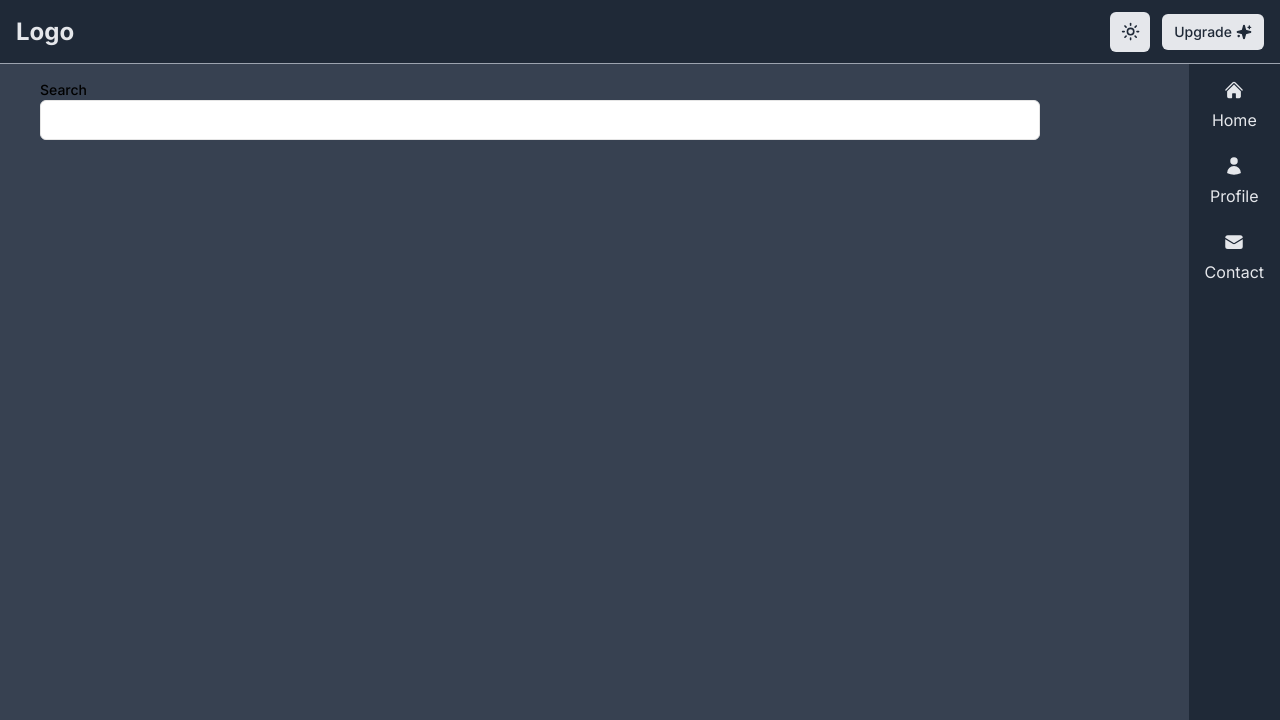
Repository: michalmilek/AI-companion-bot
Page: /
An editor plug-in stored every save of this project. The page is shown before and after the next save, followed by the edit.
The browser window is 1280 px wide. The pictures show the whole page.
The page's requests for data from a server got no answer. The project was rebuilt for these pictures with package versions that can differ from the ones it lists, and the page was loaded fresh each time. Some packages were replaced by stand-ins written for this rebuild. The framework's server and built-in components were replaced by stand-ins that run in the browser. No one was signed in, and anything a server would have sent is missing. Also part of the build but not shown: next.config.js.

Above is the page before, as saved 2023-10-10 18:35:16.

### app/layout.tsx
import { ClerkProvider } from "@clerk/nextjs";
import "./globals.css";
import type { Metadata } from "next";
import { Inter } from "next/font/google";
import { ThemeProvider } from "@/components/theme-provider";

const inter = Inter({ subsets: ["latin"] });

export const metadata: Metadata = {
  title: "Create Next App",
  description: "Generated by create next app",
};

export default function RootLayout({
  children,
}: {
  children: React.ReactNode;
}) {
  return (
    <ClerkProvider>
      <html lang="en">
        <body className={inter.className}>
          <ThemeProvider
            attribute="class"
            defaultTheme="light"
            enableSystem
            disableTransitionOnChange>
            {children}
          </ThemeProvider>
        </body>
      </html>
    </ClerkProvider>
  );
}

### app/(root)/layout.tsx
"use client";

import MobileSidebar from "@/components/MobileSidebar";
import Navbar from "@/components/Navbar";
import clsx from "clsx";
import { useTheme } from "next-themes";
import React, { useEffect } from "react";
import useStore from "../hooks/useStore";
import { useMediaQuery } from "react-responsive";
import { AnimatePresence } from "framer-motion";
import Sidebar from "@/components/Sidebar";

const RootLayout = ({ children }: { children: React.ReactNode }) => {
  const { theme } = useTheme();
  const isTabletOrLarger = useMediaQuery({
    query: "(min-width: 768px)",
  });
  const { setIsMobileMenuOpen } = useStore();

  useEffect(() => {
    if (isTabletOrLarger) {
      setIsMobileMenuOpen(false);
    }
  }, [isTabletOrLarger, setIsMobileMenuOpen]);

  return (
    <div
      className={`h-screen ${clsx(
        (theme === "dark" || "system") && "bg-gray-700",
        theme === "light" && "bg-gray-400"
      )} `}>
      <Navbar />
      <MobileSidebar />
      <Sidebar />
      <main className="px-10 md:pr-60 pt-20 pb-2 h-full">{children}</main>
    </div>
  );
};

export default RootLayout;

### app/(root)/(routes)/page.tsx
import { SearchInput } from "@/components/ui/search-input";
import { UserButton } from "@clerk/nextjs";
import React from "react";

const RootPage = () => {
  return (
    <div>
      <SearchInput label="Search" />
    </div>
  );
};

export default RootPage;

### app/globals.css
@tailwind base;
@tailwind components;
@tailwind utilities;

@layer base {
  :root {
    --background: 0 0% 100%;
    --foreground: 0 0% 3.9%;

    --card: 0 0% 100%;
    --card-foreground: 0 0% 3.9%;

    --popover: 0 0% 100%;
    --popover-foreground: 0 0% 3.9%;

    --primary: 0 0% 9%;
    --primary-foreground: 0 0% 98%;

    --secondary: 0 0% 96.1%;
    --secondary-foreground: 0 0% 9%;

    --muted: 0 0% 96.1%;
    --muted-foreground: 0 0% 45.1%;

    --accent: 0 0% 96.1%;
    --accent-foreground: 0 0% 9%;

    --destructive: 0 84.2% 60.2%;
    --destructive-foreground: 0 0% 98%;

    --border: 0 0% 89.8%;
    --input: 0 0% 89.8%;
    --ring: 0 0% 3.9%;

    --radius: 0.5rem;
  }

  .dark {
    --background: 0 0% 3.9%;
    --foreground: 0 0% 98%;

    --card: 0 0% 3.9%;
    --card-foreground: 0 0% 98%;

    --popover: 0 0% 3.9%;
    --popover-foreground: 0 0% 98%;

    --primary: 0 0% 98%;
    --primary-foreground: 0 0% 9%;

    --secondary: 0 0% 14.9%;
    --secondary-foreground: 0 0% 98%;

    --muted: 0 0% 14.9%;
    --muted-foreground: 0 0% 63.9%;

    --accent: 0 0% 14.9%;
    --accent-foreground: 0 0% 98%;

    --destructive: 0 62.8% 30.6%;
    --destructive-foreground: 0 0% 98%;

    --border: 0 0% 14.9%;
    --input: 0 0% 14.9%;
    --ring: 0 0% 83.1%;
  }
}

@layer base {
  * {
    @apply border-border;
  }
  body {
    @apply bg-background text-foreground;
  }
}

*{
  box-sizing: border-box;
  padding: 0;
  margin: 0;
}

### components/MobileSidebar.tsx
"use client";

import React from "react";
import { AnimatePresence, motion } from "framer-motion";
import { useTheme } from "next-themes";
import clsx from "clsx";
import { Theme, getThemeBackground } from "@/app/utils/helpers";
import { Button } from "./ui/button";
import { HomeIcon, UserIcon, EnvelopeIcon } from "@heroicons/react/24/solid";
import Link from "next/link";
import useStore from "@/app/hooks/useStore";
import { useMediaQuery } from "react-responsive";

const MobileSidebar = () => {
  const { theme } = useTheme();
  const isTabletOrLarger = useMediaQuery({
    query: "(min-width: 768px)",
  });

  const isMobileOrLarger = useMediaQuery({
    query: "(min-width: 550px)",
  });
  const { isMobileMenuOpen } = useStore();
  return (
    <AnimatePresence mode="wait">
      {isMobileMenuOpen && !isTabletOrLarger && (
        <motion.aside
          className={`h-full py-2 fixed bottom-0 top-16 right-0 ${getThemeBackground(
            theme as Theme
          )}`}
          initial={{ x: "100%" }}
          animate={{ x: 0 }}
          transition={{ type: "tween", duration: 0.3 }}
          exit={{ x: "100%" }}>
          <ul className="flex flex-col gap-2">
            <li>
              <Link
                className={`flex flex-col items-center gap-2 py-2 ${
                  theme === "light" ? "hover:bg-gray-700" : "hover:bg-gray-500"
                } transition-none`}
                href="/">
                <HomeIcon className="h-5 w-5" />
                {isMobileOrLarger && <span>Home</span>}
              </Link>
            </li>
            <li>
              <Link
                className="flex flex-col items-center gap-2 py-2 px-4 hover:bg-gray-700"
                href="/profile">
                <UserIcon className="h-5 w-5" />
                <span>Profile</span>
              </Link>
            </li>
            <li>
              <Link
                className="flex flex-col items-center gap-2 py-2 px-4 hover:bg-gray-700"
                href="/contact">
                <EnvelopeIcon className="h-5 w-5" />
                <span>Contact</span>
              </Link>
            </li>
          </ul>
        </motion.aside>
      )}
    </AnimatePresence>
  );
};
export default MobileSidebar;

### components/Navbar.tsx
"use client";

import React, { useEffect, useState } from "react";
import { UserButton } from "@clerk/nextjs";
import { Button } from "./ui/button";
import { Sparkles } from "lucide-react";
import { ThemeToggle } from "./theme-toggle";
import { useTheme } from "next-themes";
import clsx from "clsx";
import { Theme, getThemeBackground, getThemeColor } from "@/app/utils/helpers";
import { useMediaQuery } from "react-responsive";
import { Bars3Icon } from "@heroicons/react/24/solid";
import useStore from "@/app/hooks/useStore";

const Navbar = () => {
  const { theme } = useTheme();
  const isTabletOrLarger = useMediaQuery({
    query: "(min-width: 768px)",
  });
  const { isMobileMenuOpen, setIsMobileMenuOpen } = useStore();

  return (
    <nav
      className={`${getThemeBackground(
        theme as Theme
      )} h-16 flex justify-between items-center px-4 fixed top-0 left-0 right-0 z-50 border-b-gray-400 border-b`}>
      <a
        href="#"
        className="text-2xl font-bold">
        Logo
      </a>
      <div className="flex items-center gap-3">
        <ThemeToggle />
        <Button
          size="sm"
          variant={getThemeColor(theme as Theme)}>
          Upgrade
          <Sparkles
            className={`${
              theme === "light"
                ? "text-gray-800 fill-gray-800"
                : "text-gray-200 fill-gray-200"
            }  h-4 w-4`}
          />
        </Button>

        <UserButton />
        {!isTabletOrLarger && (
          <Button
            size="icon"
            onClick={() => setIsMobileMenuOpen(!isMobileMenuOpen)}
            variant={getThemeColor(theme as Theme)}>
            <Bars3Icon
              className={`${
                theme === "light"
                  ? "text-gray-800 fill-gray-800"
                  : "text-gray-200 fill-gray-200"
              } p-2`}
            />
          </Button>
        )}
      </div>
    </nav>
  );
};

export default Navbar;

### app/hooks/useStore.ts
import { create } from "zustand";

interface State {
  isMobileMenuOpen: boolean;
  setIsMobileMenuOpen: (isOpen: boolean) => void;
}

const useStore = create<State>((set) => ({
  isMobileMenuOpen: false,
  setIsMobileMenuOpen: (isOpen) => set({ isMobileMenuOpen: isOpen }),
}));

export default useStore;

### components/Sidebar.tsx
import React from "react";
import { AnimatePresence, motion } from "framer-motion";
import { useTheme } from "next-themes";
import clsx from "clsx";
import { Theme, getThemeBackground } from "@/app/utils/helpers";
import { Button } from "./ui/button";
import { HomeIcon, UserIcon, EnvelopeIcon } from "@heroicons/react/24/solid";
import Link from "next/link";
import { useMediaQuery } from "react-responsive";

const Sidebar = () => {
  const { theme } = useTheme();
  const isTabletOrLarger = useMediaQuery({
    query: "(min-width: 768px)",
  });

  return (
    <AnimatePresence>
      {isTabletOrLarger && (
        <motion.aside
          key={"sidebar"}
          className={`h-full py-2 fixed bottom-0 top-16 right-0 ${getThemeBackground(
            theme as Theme
          )}`}
          initial={{ x: "100%" }}
          animate={{ x: 0 }}
          exit={{ x: "100%" }}
          transition={{ type: "tween", duration: 0.3 }}>
          <ul className="flex flex-col gap-2">
            <li>
              <Link
                className={`flex flex-col items-center gap-2 py-2 ${
                  theme === "light" ? "hover:bg-gray-700" : "hover:bg-gray-500"
                } transition-none`}
                href="/">
                <HomeIcon className="h-5 w-5" />
                <span>Home</span>
              </Link>
            </li>
            <li>
              <Link
                className="flex flex-col items-center gap-2 py-2 px-4 hover:bg-gray-700"
                href="/profile">
                <UserIcon className="h-5 w-5" />
                <span>Profile</span>
              </Link>
            </li>
            <li>
              <Link
                className="flex flex-col items-center gap-2 py-2 px-4 hover:bg-gray-700"
                href="/contact">
                <EnvelopeIcon className="h-5 w-5" />
                <span>Contact</span>
              </Link>
            </li>
          </ul>
        </motion.aside>
      )}
    </AnimatePresence>
  );
};

export default Sidebar;

### components/ui/search-input.tsx
"use client";

import * as React from "react";

import { cn } from "@/lib/utils";
import { useTheme } from "next-themes";
import { Theme, getInputColor } from "@/app/utils/helpers";

export interface InputProps
  extends React.InputHTMLAttributes<HTMLInputElement> {
  label?: string;
  error?: string;
}

const SearchInput = React.forwardRef<HTMLInputElement, InputProps>(
  ({ className, type, label, error, ...props }, ref) => {
    const { theme } = useTheme();

    return (
      <div className="flex flex-col">
        {label && (
          <label
            className={`text-sm font-medium ${getInputColor(theme as Theme)}`}>
            {label}
          </label>
        )}
        <input
          type={type}
          className={cn(
            "flex h-10 w-full rounded-md border border-input bg-white px-3 py-2 text-sm ring-offset-background file:border-0 file:bg-transparent file:text-sm file:font-medium placeholder:text-muted-foreground focus-visible:outline-none focus-visible:ring-2 focus-visible:ring-ring focus-visible:ring-offset-2 disabled:cursor-not-allowed disabled:opacity-50 text-black",
            className
          )}
          ref={ref}
          {...props}
        />
        {error && <span className="text-sm text-red-500">{error}</span>}
      </div>
    );
  }
);
SearchInput.displayName = "Input";

export { SearchInput };

### app/utils/helpers.ts
import clsx from "clsx";

export type Theme = "dark" | "system" | "light";

export function getThemeColor(theme: Theme) {
  if (theme === "dark" || theme === "system") {
    return "dark";
  } else {
    return "gray";
  }
}

export const getThemeBackground = (theme: Theme) => {
  return clsx(
    (theme === "dark" || theme === "system") && "bg-gray-200 text-gray-800",
    theme === "light" && "bg-gray-800 text-gray-200"
  );
};

export const getInputColor = (theme: Theme) => {
  return clsx(
    (theme === "dark" || theme === "system") && "text-white",
    theme === "light" && "text-black"
  );
};

### components/ui/button.tsx
import * as React from "react";
import { Slot } from "@radix-ui/react-slot";
import { cva, type VariantProps } from "class-variance-authority";

import { cn } from "@/lib/utils";

const buttonVariants = cva(
  "inline-flex items-center justify-center rounded-md text-sm font-medium ring-offset-background transition-colors focus-visible:outline-none focus-visible:ring-2 focus-visible:ring-ring focus-visible:ring-offset-2 disabled:pointer-events-none disabled:opacity-50",
  {
    variants: {
      variant: {
        default: "bg-primary text-primary-foreground hover:bg-primary/90",
        destructive:
          "bg-destructive text-destructive-foreground hover:bg-destructive/90",
        outline:
          "border border-input bg-background hover:bg-accent hover:text-accent-foreground",
        secondary:
          "bg-secondary text-secondary-foreground hover:bg-secondary/80",
        ghost: "hover:bg-accent hover:text-accent-foreground",
        link: "text-primary underline-offset-4 hover:underline",
        gray: "bg-gray-200 text-gray-800 flex items-center gap-1 hover:bg-gray-300 transition-all",
        dark: "bg-gray-800 text-gray-200 flex items-center gap-1 hover:bg-gray-600 transition-all",
      },
      size: {
        default: "h-10 px-4 py-2",
        sm: "h-9 rounded-md px-3",
        lg: "h-11 rounded-md px-8",
        icon: "h-10 w-10",
      },
    },
    defaultVariants: {
      variant: "default",
      size: "default",
    },
  }
);

export interface ButtonProps
  extends React.ButtonHTMLAttributes<HTMLButtonElement>,
    VariantProps<typeof buttonVariants> {
  asChild?: boolean;
}

const Button = React.forwardRef<HTMLButtonElement, ButtonProps>(
  ({ className, variant, size, asChild = false, ...props }, ref) => {
    const Comp = asChild ? Slot : "button";
    return (
      <Comp
        className={cn(buttonVariants({ variant, size, className }))}
        ref={ref}
        {...props}
      />
    );
  }
);
Button.displayName = "Button";

export { Button, buttonVariants };

### components/theme-toggle.tsx
"use client";

import * as React from "react";
import { Moon, Sun } from "lucide-react";
import { useTheme } from "next-themes";

import { Button } from "@/components/ui/button";
import {
  DropdownMenu,
  DropdownMenuContent,
  DropdownMenuItem,
  DropdownMenuTrigger,
} from "@/components/ui/dropdown-menu";
import { Theme, getThemeColor } from "@/app/utils/helpers";

export function ThemeToggle() {
  const { theme, setTheme } = useTheme();

  return (
    <DropdownMenu>
      <DropdownMenuTrigger asChild>
        <Button
          variant={getThemeColor(theme as Theme)}
          size="icon">
          <Sun className="h-[1.2rem] w-[1.2rem] rotate-0 scale-100 transition-all dark:-rotate-90 dark:scale-0" />
          <Moon className="absolute h-[1.2rem] w-[1.2rem] rotate-90 scale-0 transition-all dark:rotate-0 dark:scale-100" />
          <span className="sr-only">Toggle theme</span>
        </Button>
      </DropdownMenuTrigger>
      <DropdownMenuContent align="end">
        <DropdownMenuItem onClick={() => setTheme("light")}>
          Light
        </DropdownMenuItem>
        <DropdownMenuItem onClick={() => setTheme("dark")}>
          Dark
        </DropdownMenuItem>
        <DropdownMenuItem onClick={() => setTheme("system")}>
          System
        </DropdownMenuItem>
      </DropdownMenuContent>
    </DropdownMenu>
  );
}

### components/ui/dropdown-menu.tsx
"use client"

import * as React from "react"
import * as DropdownMenuPrimitive from "@radix-ui/react-dropdown-menu"
import { Check, ChevronRight, Circle } from "lucide-react"

import { cn } from "@/lib/utils"

const DropdownMenu = DropdownMenuPrimitive.Root

const DropdownMenuTrigger = DropdownMenuPrimitive.Trigger

const DropdownMenuGroup = DropdownMenuPrimitive.Group

const DropdownMenuPortal = DropdownMenuPrimitive.Portal

const DropdownMenuSub = DropdownMenuPrimitive.Sub

const DropdownMenuRadioGroup = DropdownMenuPrimitive.RadioGroup

const DropdownMenuSubTrigger = React.forwardRef<
  React.ElementRef<typeof DropdownMenuPrimitive.SubTrigger>,
  React.ComponentPropsWithoutRef<typeof DropdownMenuPrimitive.SubTrigger> & {
    inset?: boolean
  }
>(({ className, inset, children, ...props }, ref) => (
  <DropdownMenuPrimitive.SubTrigger
    ref={ref}
    className={cn(
      "flex cursor-default select-none items-center rounded-sm px-2 py-1.5 text-sm outline-none focus:bg-accent data-[state=open]:bg-accent",
      inset && "pl-8",
      className
    )}
    {...props}
  >
    {children}
    <ChevronRight className="ml-auto h-4 w-4" />
  </DropdownMenuPrimitive.SubTrigger>
))
DropdownMenuSubTrigger.displayName =
  DropdownMenuPrimitive.SubTrigger.displayName

const DropdownMenuSubContent = React.forwardRef<
  React.ElementRef<typeof DropdownMenuPrimitive.SubContent>,
  React.ComponentPropsWithoutRef<typeof DropdownMenuPrimitive.SubContent>
>(({ className, ...props }, ref) => (
  <DropdownMenuPrimitive.SubContent
    ref={ref}
    className={cn(
      "z-50 min-w-[8rem] overflow-hidden rounded-md border bg-popover p-1 text-popover-foreground shadow-lg data-[state=open]:animate-in data-[state=closed]:animate-out data-[state=closed]:fade-out-0 data-[state=open]:fade-in-0 data-[state=closed]:zoom-out-95 data-[state=open]:zoom-in-95 data-[side=bottom]:slide-in-from-top-2 data-[side=left]:slide-in-from-right-2 data-[side=right]:slide-in-from-left-2 data-[side=top]:slide-in-from-bottom-2",
      className
    )}
    {...props}
  />
))
DropdownMenuSubContent.displayName =
  DropdownMenuPrimitive.SubContent.displayName

const DropdownMenuContent = React.forwardRef<
  React.ElementRef<typeof DropdownMenuPrimitive.Content>,
  React.ComponentPropsWithoutRef<typeof DropdownMenuPrimitive.Content>
>(({ className, sideOffset = 4, ...props }, ref) => (
  <DropdownMenuPrimitive.Portal>
    <DropdownMenuPrimitive.Content
      ref={ref}
      sideOffset={sideOffset}
      className={cn(
        "z-50 min-w-[8rem] overflow-hidden rounded-md border bg-popover p-1 text-popover-foreground shadow-md data-[state=open]:animate-in data-[state=closed]:animate-out data-[state=closed]:fade-out-0 data-[state=open]:fade-in-0 data-[state=closed]:zoom-out-95 data-[state=open]:zoom-in-95 data-[side=bottom]:slide-in-from-top-2 data-[side=left]:slide-in-from-right-2 data-[side=right]:slide-in-from-left-2 data-[side=top]:slide-in-from-bottom-2",
        className
      )}
      {...props}
    />
  </DropdownMenuPrimitive.Portal>
))
DropdownMenuContent.displayName = DropdownMenuPrimitive.Content.displayName

const DropdownMenuItem = React.forwardRef<
  React.ElementRef<typeof DropdownMenuPrimitive.Item>,
  React.ComponentPropsWithoutRef<typeof DropdownMenuPrimitive.Item> & {
    inset?: boolean
  }
>(({ className, inset, ...props }, ref) => (
  <DropdownMenuPrimitive.Item
    ref={ref}
    className={cn(
      "relative flex cursor-default select-none items-center rounded-sm px-2 py-1.5 text-sm outline-none transition-colors focus:bg-accent focus:text-accent-foreground data-[disabled]:pointer-events-none data-[disabled]:opacity-50",
      inset && "pl-8",
      className
    )}
    {...props}
  />
))
DropdownMenuItem.displayName = DropdownMenuPrimitive.Item.displayName

const DropdownMenuCheckboxItem = React.forwardRef<
  React.ElementRef<typeof DropdownMenuPrimitive.CheckboxItem>,
  React.ComponentPropsWithoutRef<typeof DropdownMenuPrimitive.CheckboxItem>
>(({ className, children, checked, ...props }, ref) => (
  <DropdownMenuPrimitive.CheckboxItem
    ref={ref}
    className={cn(
      "relative flex cursor-default select-none items-center rounded-sm py-1.5 pl-8 pr-2 text-sm outline-none transition-colors focus:bg-accent focus:text-accent-foreground data-[disabled]:pointer-events-none data-[disabled]:opacity-50",
      className
    )}
    checked={checked}
    {...props}
  >
    <span className="absolute left-2 flex h-3.5 w-3.5 items-center justify-center">
      <DropdownMenuPrimitive.ItemIndicator>
        <Check className="h-4 w-4" />
      </DropdownMenuPrimitive.ItemIndicator>
    </span>
    {children}
  </DropdownMenuPrimitive.CheckboxItem>
))
DropdownMenuCheckboxItem.displayName =
  DropdownMenuPrimitive.CheckboxItem.displayName

const DropdownMenuRadioItem = React.forwardRef<
  React.ElementRef<typeof DropdownMenuPrimitive.RadioItem>,
  React.ComponentPropsWithoutRef<typeof DropdownMenuPrimitive.RadioItem>
>(({ className, children, ...props }, ref) => (
  <DropdownMenuPrimitive.RadioItem
    ref={ref}
    className={cn(
      "relative flex cursor-default select-none items-center rounded-sm py-1.5 pl-8 pr-2 text-sm outline-none transition-colors focus:bg-accent focus:text-accent-foreground data-[disabled]:pointer-events-none data-[disabled]:opacity-50",
      className
    )}
    {...props}
  >
    <span className="absolute left-2 flex h-3.5 w-3.5 items-center justify-center">
      <DropdownMenuPrimitive.ItemIndicator>
        <Circle className="h-2 w-2 fill-current" />
      </DropdownMenuPrimitive.ItemIndicator>
    </span>
    {children}
  </DropdownMenuPrimitive.RadioItem>
))
DropdownMenuRadioItem.displayName = DropdownMenuPrimitive.RadioItem.displayName

const DropdownMenuLabel = React.forwardRef<
  React.ElementRef<typeof DropdownMenuPrimitive.Label>,
  React.ComponentPropsWithoutRef<typeof DropdownMenuPrimitive.Label> & {
    inset?: boolean
  }
>(({ className, inset, ...props }, ref) => (
  <DropdownMenuPrimitive.Label
    ref={ref}
    className={cn(
      "px-2 py-1.5 text-sm font-semibold",
      inset && "pl-8",
      className
    )}
    {...props}
  />
))
DropdownMenuLabel.displayName = DropdownMenuPrimitive.Label.displayName

const DropdownMenuSeparator = React.forwardRef<
  React.ElementRef<typeof DropdownMenuPrimitive.Separator>,
  React.ComponentPropsWithoutRef<typeof DropdownMenuPrimitive.Separator>
>(({ className, ...props }, ref) => (
  <DropdownMenuPrimitive.Separator
    ref={ref}
    className={cn("-mx-1 my-1 h-px bg-muted", className)}
    {...props}
  />
))
DropdownMenuSeparator.displayName = DropdownMenuPrimitive.Separator.displayName

const DropdownMenuShortcut = ({
  className,
  ...props
}: React.HTMLAttributes<HTMLSpanElement>) => {
  return (
    <span
      className={cn("ml-auto text-xs tracking-widest opacity-60", className)}
      {...props}
    />
  )
}
DropdownMenuShortcut.displayName = "DropdownMenuShortcut"

export {
  DropdownMenu,
  DropdownMenuTrigger,
  DropdownMenuContent,
  DropdownMenuItem,
  DropdownMenuCheckboxItem,
  DropdownMenuRadioItem,
  DropdownMenuLabel,
  DropdownMenuSeparator,
  DropdownMenuShortcut,
  DropdownMenuGroup,
  DropdownMenuPortal,
  DropdownMenuSub,
  DropdownMenuSubContent,
  DropdownMenuSubTrigger,
  DropdownMenuRadioGroup,
}

Loaded but not shown: components/theme-provider.tsx (common file); lib/utils.ts (common file); tailwind.config.js (common file)

After the next save:
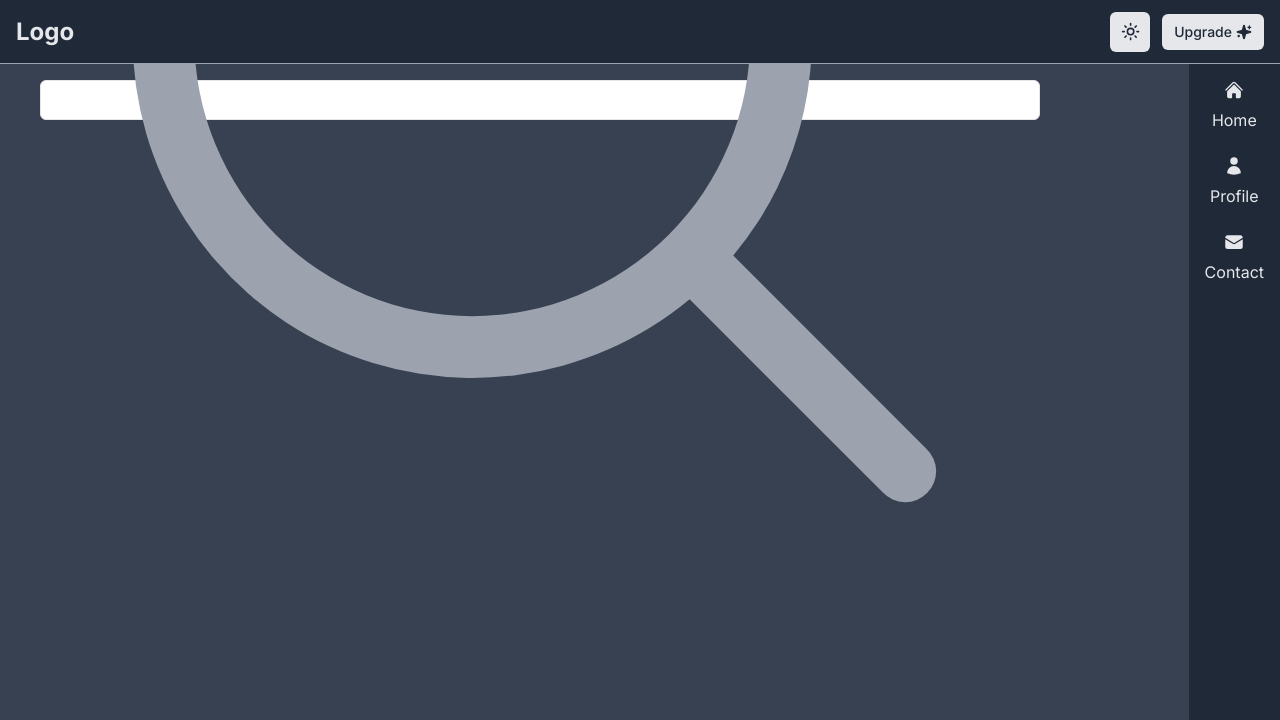
Saved 2 min 44 s later.
--- a/components/ui/search-input.tsx
+++ b/components/ui/search-input.tsx
@@ -5,6 +5,7 @@ import * as React from "react";
 import { cn } from "@/lib/utils";
 import { useTheme } from "next-themes";
 import { Theme, getInputColor } from "@/app/utils/helpers";
+import { MagnifyingGlassIcon } from "@heroicons/react/24/solid";
 
 export interface InputProps
   extends React.InputHTMLAttributes<HTMLInputElement> {
@@ -17,13 +18,7 @@ const SearchInput = React.forwardRef<HTMLInputElement, InputProps>(
     const { theme } = useTheme();
 
     return (
-      <div className="flex flex-col">
-        {label && (
-          <label
-            className={`text-sm font-medium ${getInputColor(theme as Theme)}`}>
-            {label}
-          </label>
-        )}
+      <div className="relative">
         <input
           type={type}
           className={cn(
@@ -33,7 +28,7 @@ const SearchInput = React.forwardRef<HTMLInputElement, InputProps>(
           ref={ref}
           {...props}
         />
-        {error && <span className="text-sm text-red-500">{error}</span>}
+        <MagnifyingGlassIcon className="absolute right-3 top-1/2 transform -translate-y-1/2 text-gray-400" />
       </div>
     );
   }
